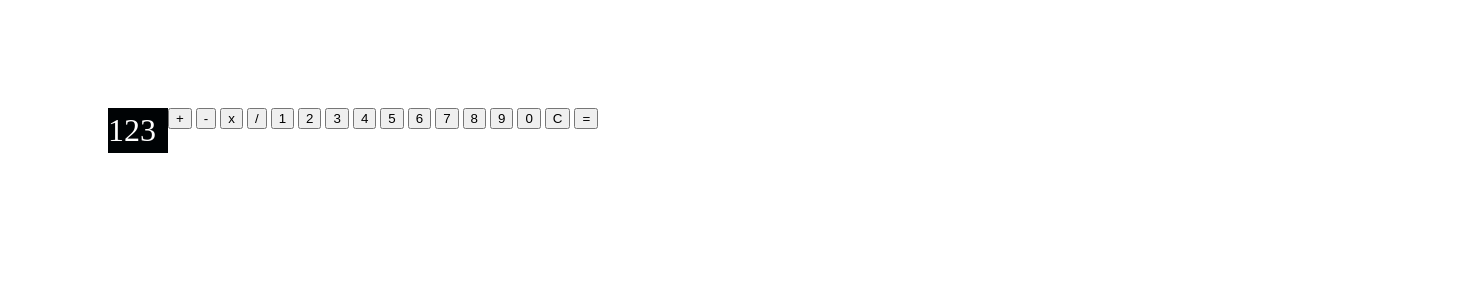
Repository: TEazy2433/LAB-calculator
Page: index.html
These files come from the project's save history. The page is drawn as it stood at one moment and after the next save; the edit follows.
The browser window is 1280 px wide. The page is 1472 px wide, then 1280 px, so the pictures cover 1472 px, including what lies to the right of the window. The pictures show the whole page.

Above is the page before, as saved 2023-10-14 10:03:56.

After the next save:
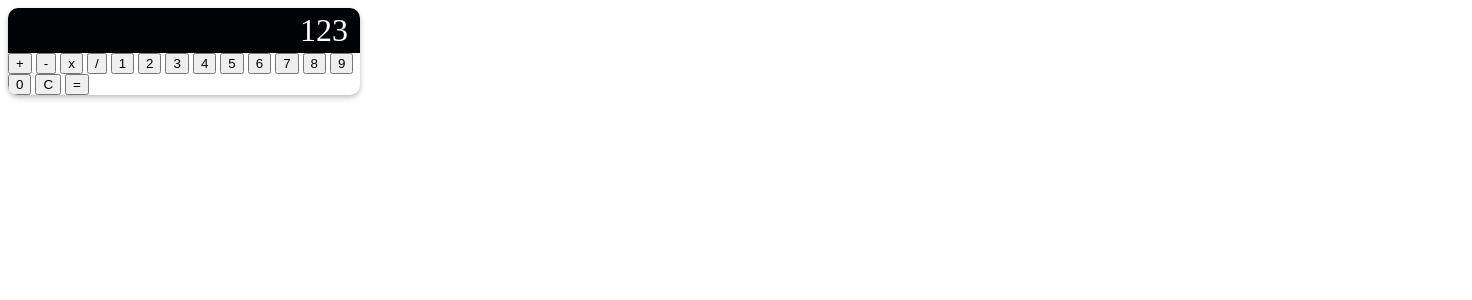
Saved 2 min 18 s later.
--- a/main.css
+++ b/main.css
@@ -1,8 +1,9 @@
 .calculator{
-  display: flex;
-  flex-wrap: wrap;
-  width: 100%;
-  padding: 100px;
+  max-inline-size: 22rem;
+  border-radius: 10px;
+  overflow: hidden;
+  box-shadow: 0px 3px 6px 0px rgba(0, 0, 0, 0.15), 0px 2px 4px 0px rgba(0, 0, 0, 0.12);
+
 }
 .display{
   font-size: 2rem;
